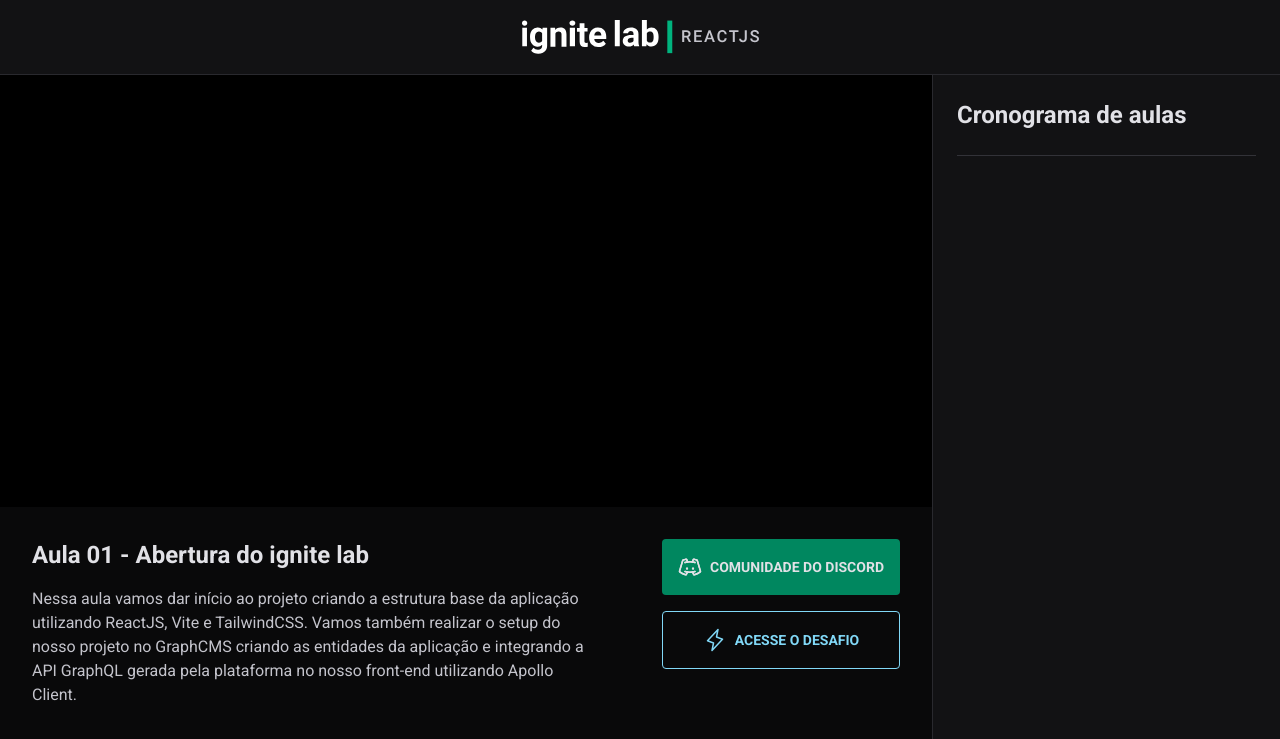
Repository: andynadvorny/event-platform
Page: /
The author's editor kept a copy of each file at every save. The page is drawn from the files as they stood at one save, then again after the next save.
The browser window is 1280 px wide. The pictures show the whole page.
The page's requests for data from a server got no answer. The project was rebuilt for these pictures with package versions that can differ from the ones it lists, and the page was loaded fresh each time. No one was signed in, and anything a server would have sent is missing. Also part of the build but not shown: vite.config.ts, src/components/Lesson.tsx.

Above is the page before, as saved 2022-06-24 11:42:24.

### src/App.tsx
import { Event } from './pages/Event'

function App() {
  return (
    <Event />
  )
}

export default App

### src/lib/apollo.ts
import { ApolloClient, InMemoryCache } from "@apollo/client";

export const client = new ApolloClient({
  uri: 'https://api-sa-east-1.graphcms.com/v2/cl4q028zp2n6q01xs9d4d26wj/master',
  cache: new InMemoryCache()
});

### src/pages/Event.tsx
import { Header } from '../components/Header'
import { Sidebar } from '../components/Sidebar'
import { Video } from '../components/Video'

export function Event() {
  return (
    <div className="flex flex-col min-h-screen">
      <Header />
      <main className="flex flex-1">
        <Video />
        <Sidebar />
      </main>
    </div>
  )
}

### src/components/Sidebar.tsx
import { gql, useQuery } from "@apollo/client";
import { Lesson } from "./Lesson";

const GET_LESSONS_QUERY = gql`
  query {
    lessons(orderBy: availableAt_ASC, stage: PUBLISHED) {
      id
      lessonType
      availableAt
      title
      slug
    }
  }
`

interface GetLessonsQueryResponse {
  lessons: {
    id: string;
    lessonType: 'live' | 'class'
    availableAt: string;
    title: string;
    slug: string;
  }[]
}

export function Sidebar() {
  const { data } = useQuery<GetLessonsQueryResponse>(GET_LESSONS_QUERY)

  return (
    <aside className="w-[348px] bg-gray-700 p-6 border-l border-gray-600">
      <span className="font-bold text-2xl pb-6 mb-6 border-b border-gray-500 block">
        Cronograma de aulas
      </span>
      <div className="flex flex-col gap-8">
        {data?.lessons.map( lesson => (
          <Lesson
            key={lesson.id}
            title={lesson.title}
            slug={lesson.slug}
            availableAt={new Date(lesson.availableAt)}
            type={lesson.lessonType}
          />
        ))}
      </div>
    </aside>
  )
}

### src/components/Video.tsx
import { DiscordLogo, Lightning } from "phosphor-react";

export function Video() {
  return (
    <div className="flex-1">
      <div className="flex justify-center bg-black">
        <div className="h-full w-full max-w-[1100px] max-h-[60vh] aspect-video"></div>
      </div>

      <div className="p-8 max-w-[1100px] mx-auto">
        <div className="flex items-start gap-16">
          <div className="flex-1">
            <h1 className="text-2xl font-bold">
              Aula 01 - Abertura do ignite lab
            </h1>
            <p className="mt-4 text-gray-200">
              Nessa aula vamos dar início ao projeto criando a estrutura base da aplicação utilizando ReactJS, Vite e TailwindCSS. Vamos também realizar o setup do nosso projeto no GraphCMS criando as entidades da aplicação e integrando a API GraphQL gerada pela plataforma no nosso front-end utilizando Apollo Client.
            </p>
          </div>
          <div className="flex flex-col gap-4">
            <a href="" className="p-4 text-sm bg-green-500 flex items-center rounded font-bold uppercase gap-2 justify-center hover:bg-green-700 transition-colors">
              <DiscordLogo size={24} />
              Comunidade do Discord
            </a>
            <a href="" className="p-4 text-sm border border-blue-500 text-blue-500 flex items-center rounded font-bold uppercase gap-2 justify-center hover:bg-blue-500 hover:text-gray-900 transition-colors">
              <Lightning size={24} />
              Acesse o desafio
            </a>
          </div>
        </div>
        <div>

        </div>
      </div>
    </div>
  )
}

### src/components/Logo.tsx
export function Logo() {
  return (
    <svg
      xmlns="http://www.w3.org/2000/svg"
      width="237"
      height="34"
      fill="none"
      viewBox="0 0 237 34"
    >
      <path
        fill="#fff"
        d="M.002 3.112a2.49 2.49 0 01.165-.987c.12-.314.304-.595.535-.83A2.906 2.906 0 012.615.572c.698 0 1.374.257 1.912.723.23.24.412.524.536.837a2.701 2.701 0 010 1.979 2.568 2.568 0 01-.536.837 2.889 2.889 0 01-1.907.723 2.901 2.901 0 01-1.908-.723 2.458 2.458 0 01-.538-.84 2.645 2.645 0 01-.172-.996zm4.96 23.146H.273V7.862h4.689v18.397zM8.012 16.973c0-2.853.686-5.145 2.055-6.883a6.653 6.653 0 015.528-2.606 5.869 5.869 0 014.802 2.09l.2-1.751h4.538v17.95a7.891 7.891 0 01-1.12 4.246 7.243 7.243 0 01-3.147 2.752 11.155 11.155 0 01-4.742.94c-1.378 0-2.74-.279-4.008-.812a7.08 7.08 0 01-2.946-2.11l2.208-3.02a5.905 5.905 0 004.543 2.08 4.356 4.356 0 003.104-1.059 3.938 3.938 0 001.103-2.993v-.994a5.775 5.775 0 01-4.555 1.935 6.647 6.647 0 01-3.05-.652 6.615 6.615 0 01-2.408-1.967c-1.397-1.752-2.085-4.089-2.085-6.942v-.21h-.025l.005.006zm4.997.355a6.723 6.723 0 001.026 3.956 3.233 3.233 0 002.799 1.443c.651.045 1.3-.088 1.878-.39a3.52 3.52 0 001.396-1.305v-7.825a3.448 3.448 0 00-1.374-1.305 3.504 3.504 0 00-1.86-.39 3.28 3.28 0 00-1.61.365 3.22 3.22 0 00-1.219 1.103c-.688.975-1.036 2.418-1.036 4.348zM33.098 7.833l.158 2.196a6.527 6.527 0 012.371-1.927 6.38 6.38 0 012.971-.62c1.97 0 3.438.597 4.39 1.79.953 1.194 1.456 2.936 1.486 5.293v12.249h-4.962V14.683a3.367 3.367 0 00-.684-2.344 3.086 3.086 0 00-1.069-.598 3.008 3.008 0 00-1.211-.13 3.349 3.349 0 00-1.821.454c-.553.32-1.01.794-1.313 1.367v13.37H28.45V7.845l4.647-.012zM47.512 3.112a2.304 2.304 0 01.185-.988 2.42 2.42 0 01.59-.831A3.439 3.439 0 0150.404.57c.772 0 1.52.256 2.117.723.508.486.792 1.142.792 1.826 0 .683-.284 1.34-.792 1.826a3.417 3.417 0 01-2.11.723c-.77 0-1.517-.257-2.11-.723a2.47 2.47 0 01-.594-.839 2.342 2.342 0 01-.19-.994h-.005zm5.483 23.149h-5.18V7.86h5.18v18.4zM62.454 3.334v4.612h3.107v3.677h-3.107v9.382c-.05.53.091 1.063.395 1.495a1.824 1.824 0 001.473.45c.476.002.95-.035 1.421-.114v3.803a9.672 9.672 0 01-2.939.449c-3.398 0-5.128-1.775-5.19-5.32V11.644h-2.642V7.968h2.643V3.356h4.841v-.025l-.002.003zM76.487 27.08a9.277 9.277 0 01-6.759-2.55c-1.74-1.699-2.605-3.957-2.605-6.797v-.494a11.295 11.295 0 011.098-5.08 8.141 8.141 0 013.111-3.465 8.72 8.72 0 014.59-1.22c2.577 0 4.62.815 6.098 2.449 1.478 1.633 2.226 3.94 2.226 6.929v2.055h-12.01a4.665 4.665 0 001.473 2.971 4.487 4.487 0 003.111 1.111 5.426 5.426 0 004.548-2.115l2.476 2.781a7.506 7.506 0 01-3.07 2.507 9.81 9.81 0 01-4.287.916v.002zm-.594-15.514a3.127 3.127 0 00-2.428 1.012 5.405 5.405 0 00-1.188 2.912h7.006v-.405a3.749 3.749 0 00-.908-2.608 3.252 3.252 0 00-2.45-.908h-.03l-.002-.003zM97.771 26.259h-4.957V0h4.957V26.26zM112.209 26.259c-.227-.444-.392-.997-.496-1.659-1.196 1.333-2.751 2.002-4.666 2.002-1.811 0-3.314-.523-4.504-1.572-1.191-1.049-1.786-2.372-1.786-3.966 0-1.96.725-3.464 2.179-4.513 1.453-1.049 3.553-1.58 6.3-1.59h2.273v-1.06c0-.854-.22-1.54-.659-2.051-.44-.513-1.131-.77-2.078-.77-.832 0-1.486.2-1.957.6-.474.4-.708.945-.708 1.64h-4.941c0-1.07.331-2.062.992-2.973.662-.91 1.597-1.626 2.804-2.144 1.206-.518 2.564-.778 4.069-.778 2.28 0 4.089.573 5.429 1.718 1.34 1.145 2.009 2.756 2.009 4.83v8.017c.012 1.754.256 3.082.735 3.983v.29h-4.992l-.003-.004zm-4.086-3.435c.728 0 1.402-.163 2.016-.486.614-.326 1.071-.76 1.367-1.308v-3.181h-1.846c-2.472 0-3.79.854-3.948 2.564l-.017.291c0 .614.217 1.123.649 1.523.434.4 1.026.6 1.779.6v-.003zM136.58 17.183c0 2.963-.632 5.273-1.898 6.931-1.265 1.659-3.032 2.488-5.3 2.488-2.006 0-3.608-.77-4.805-2.308l-.222 1.967h-4.444V.001h4.94v9.418c1.14-1.332 2.638-2 4.496-2 2.256 0 4.025.828 5.308 2.487 1.283 1.658 1.923 3.992 1.923 7v.274l.002.003zm-4.94-.358c0-1.868-.296-3.233-.889-4.094-.592-.861-1.475-1.29-2.65-1.29-1.572 0-2.655.643-3.247 1.932v7.299c.604 1.298 1.697 1.95 3.282 1.95 1.584 0 2.643-.788 3.146-2.36.239-.752.358-1.897.358-3.437z"
      ></path>
      <path
        fill="#C4C4CC"
        d="M164.51 17.501h-2.283v4.53h-2.048v-11.78h4.143c1.36 0 2.408.306 3.149.915.74.61 1.108 1.493 1.108 2.648 0 .787-.19 1.449-.57 1.98-.38.532-.911.94-1.59 1.226l2.646 4.906v.106h-2.194l-2.364-4.531h.003zm-2.283-1.65h2.105c.691 0 1.229-.176 1.619-.524.39-.348.582-.824.582-1.429 0-.604-.18-1.12-.538-1.466-.358-.345-.893-.523-1.606-.533h-2.162V15.85zM179.066 16.773h-4.839v3.625h5.656v1.634h-7.704V10.25h7.648v1.65h-5.6v3.253h4.839v1.62zM189.803 19.29h-4.565l-.955 2.744h-2.127l4.452-11.783h1.836l4.459 11.783h-2.137l-.963-2.744zm-3.99-1.65h3.415l-1.707-4.89-1.708 4.89zM204.716 18.197c-.119 1.256-.583 2.238-1.392 2.941-.81.703-1.885 1.056-3.228 1.056-.938 0-1.764-.222-2.48-.668-.715-.445-1.266-1.079-1.656-1.898-.387-.82-.589-1.772-.607-2.858v-1.1c0-1.11.198-2.09.59-2.937.392-.846.96-1.5 1.695-1.96.736-.458 1.587-.688 2.554-.688 1.301 0 2.347.353 3.139 1.057.792.703 1.254 1.7 1.385 2.99h-2.039c-.096-.846-.343-1.458-.74-1.833-.397-.375-.977-.563-1.745-.563-.89 0-1.574.326-2.05.977-.479.652-.721 1.605-.733 2.863v1.044c0 1.273.227 2.245.683 2.917.457.668 1.123 1.004 2.004 1.004.805 0 1.409-.18 1.814-.543.405-.363.661-.962.77-1.804h2.038l-.002.003zM216.481 11.902h-3.674v10.132h-2.031V11.902h-3.642V10.25h9.347v1.65zM222.759 10.251h2.039v8.262c0 1.127-.353 2.023-1.057 2.687-.703.664-1.633.995-2.788.995-1.229 0-2.179-.311-2.848-.93-.669-.62-1.004-1.484-1.004-2.59h2.038c0 .627.156 1.096.467 1.412.31.316.76.474 1.347.474.55 0 .989-.183 1.315-.545.326-.366.489-.867.489-1.51V10.25h.002zM234.952 18.999c0-.518-.183-.918-.545-1.197-.363-.279-1.022-.563-1.972-.849-.95-.286-1.705-.604-2.265-.955-1.074-.674-1.612-1.555-1.612-2.638 0-.95.388-1.732 1.163-2.347.774-.614 1.779-.922 3.015-.922.819 0 1.55.15 2.194.454a3.597 3.597 0 011.513 1.29c.367.558.55 1.177.55 1.858h-2.038c0-.614-.193-1.095-.578-1.443-.385-.348-.938-.524-1.656-.524-.668 0-1.189.144-1.557.43-.37.286-.555.686-.555 1.197 0 .432.2.792.6 1.08.399.29 1.056.57 1.974.842.918.271 1.653.582 2.208.93.556.348.963.748 1.222 1.197.259.452.387.977.387 1.582 0 .982-.375 1.762-1.127 2.342-.753.58-1.775.87-3.063.87a5.755 5.755 0 01-2.352-.473c-.715-.316-1.27-.75-1.668-1.308-.397-.555-.594-1.204-.594-1.942h2.048c0 .669.222 1.187.664 1.555.441.367 1.075.55 1.902.55.713 0 1.246-.143 1.607-.432.357-.288.538-.671.538-1.145l-.003-.002z"
      ></path>
      <path fill="#00B37E" d="M150.271 33.146h-4.958V.57h4.958v32.576z"></path>
    </svg>
  );
}

### tailwind.config.js
/** @type {import('tailwindcss').Config} */
module.exports = {
  content: [
    './src/**/*.tsx'
  ],
  theme: {
    extend: {
      fontFamily: {
        sans: 'Roboto, sans-serif'
      },
      colors: {
        green: {
          300: '#00B37E',
          500: '#00875F',
          700: '#015F43',
        },
        blue: {
          500: '#81D8F7',
        },
        orange: {
          500: '#FBA94C',
        },
        red: {
          500: '#F75A68',
        },
        gray: {
          100: '#E1E1E6',
          200: '#C4C4CC',
          300: '#8D8D99',
          500: '#323238',
          600: '#29292E',
          700: '#121214',
          900: '#09090A'
        }
      }
    },
  },
  plugins: [],
}

Loaded but not shown: index.html (common file); src/main.tsx (common file); src/styles/global.css (common file); src/components/Header.tsx (common file)

After the next save:
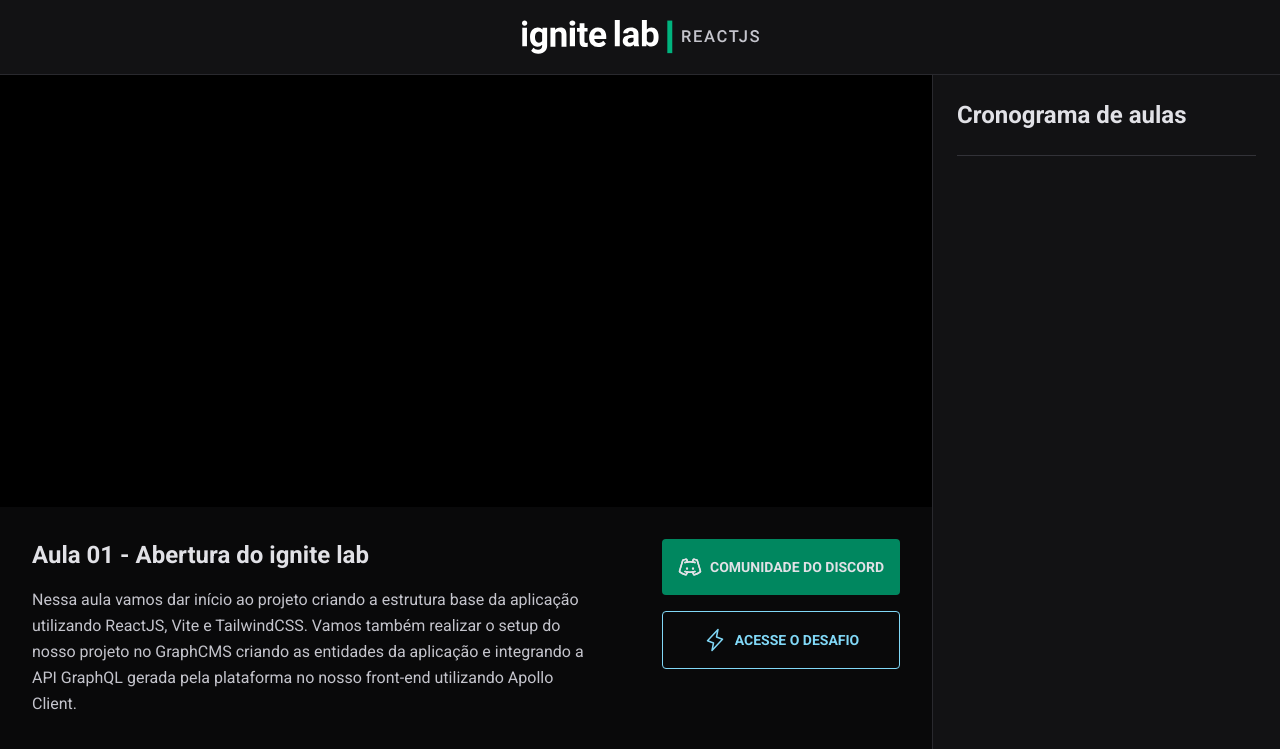
Saved 2 h 37 min later.
--- a/src/components/Video.tsx
+++ b/src/components/Video.tsx
@@ -13,16 +13,22 @@
             <h1 className="text-2xl font-bold">
               Aula 01 - Abertura do ignite lab
             </h1>
-            <p className="mt-4 text-gray-200">
+            <p className="mt-4 text-gray-200 leading-relaxed">
               Nessa aula vamos dar início ao projeto criando a estrutura base da aplicação utilizando ReactJS, Vite e TailwindCSS. Vamos também realizar o setup do nosso projeto no GraphCMS criando as entidades da aplicação e integrando a API GraphQL gerada pela plataforma no nosso front-end utilizando Apollo Client.
             </p>
           </div>
           <div className="flex flex-col gap-4">
-            <a href="" className="p-4 text-sm bg-green-500 flex items-center rounded font-bold uppercase gap-2 justify-center hover:bg-green-700 transition-colors">
+            <a
+              href=""
+              className="p-4 text-sm bg-green-500 flex items-center rounded font-bold uppercase gap-2 justify-center hover:bg-green-700 transition-colors"
+            >
               <DiscordLogo size={24} />
               Comunidade do Discord
             </a>
-            <a href="" className="p-4 text-sm border border-blue-500 text-blue-500 flex items-center rounded font-bold uppercase gap-2 justify-center hover:bg-blue-500 hover:text-gray-900 transition-colors">
+            <a
+              href=""
+              className="p-4 text-sm border border-blue-500 text-blue-500 flex items-center rounded font-bold uppercase gap-2 justify-center hover:bg-blue-500 hover:text-gray-900 transition-colors"
+            >
               <Lightning size={24} />
               Acesse o desafio
             </a>
